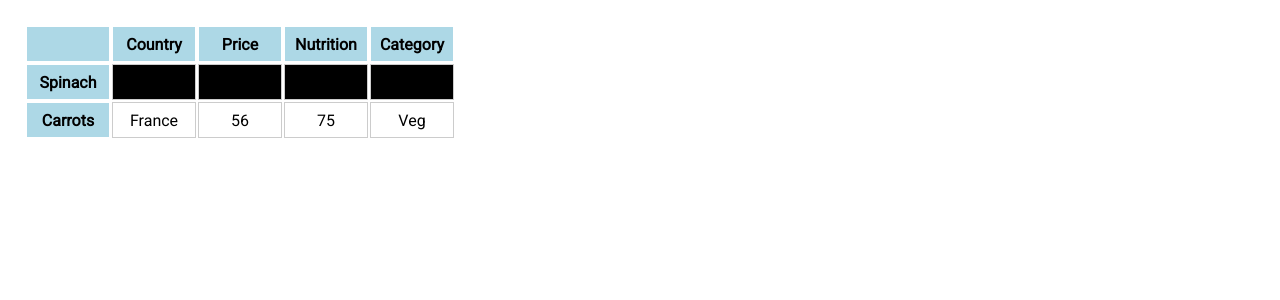
Repository: adonegan/table
Page: table.html
The author's editor kept a record of every edit. The page is drawn from the files as they stood at one moment, then again after the next edit.
The browser window is 1280 px wide. The pictures show the whole page.

Above is the page before.
Console error: ReferenceError: $ is not defined
Not found: js/jquery-3.2.1.js

### table.html
<!DOCTYPE html>
<html lang="en">
<head>
  <meta charset="UTF-8">
  <title>Table</title>
  <link href='https://fonts.googleapis.com/css?family=Roboto' rel='stylesheet' type='text/css'>
  <script type="text/javascript" src="js/jquery-3.2.1.js"></script>
  <script type="text/javascript" src="js/myscript.js"></script>

  <style>
  .tr:add{

  }
    td, th {
      width: 5rem;
      height: 2rem;
      border: 1px solid #ccc;
      text-align: center;
    }
    th {
      background: lightblue;
      border-color: white;
    }
    body {
      padding: 1rem;
      font-family: Roboto;
    }
    .odd {
      background-color: #000;
    }
  </style>
</head>
<body>
  <table>
    <tr>
      <th></th>
      <th>Country</th>
      <th>Price</th>
      <th>Nutrition</th>
      <th>Category</th>
    </tr>
    <tr>
      <th>Spinach</th>
      <td>America</td>
      <td>28</td>
      <td>90</td>
      <td>Veg</td>
    </tr>
    <tr>
      <th>Carrots</th>
      <td>France</td>
      <td>56</td>
      <td>75</td>
      <td>Veg</td>
    </tr>
  </table>
  <script src="https://code.jquery.com/jquery-3.3.1.js" integrity="sha256-2Kok7MbOyxpgUVvAk/HJ2jigOSYS2auK4Pfzbm7uH60=" crossorigin="anonymous"></script>
  <script src="js/myscript.js"></script>
</body>
</html>

Loaded but not shown: js/myscript.js (common file)

After the next edit:
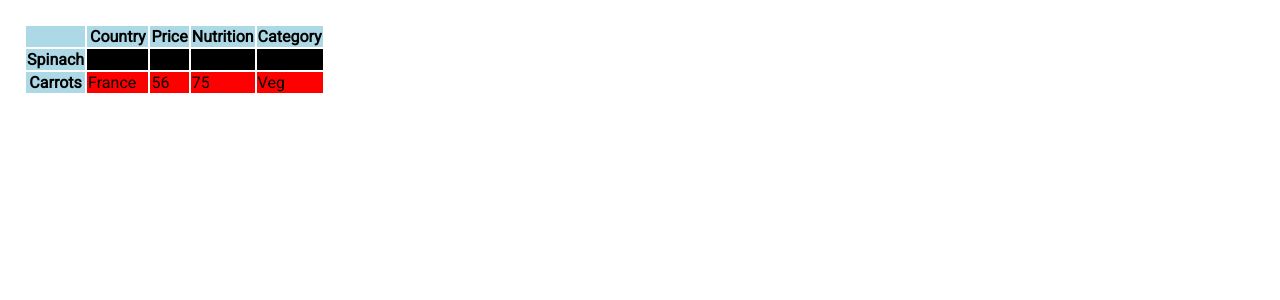
The edit:
--- a/table.html
+++ b/table.html
@@ -8,7 +8,9 @@
   <script type="text/javascript" src="js/myscript.js"></script>
 
   <style>
-  .tr:add{
+  .odd{background-color: white;
+  } .even {background-color: red;
+  }
 
   }
     td, th {
